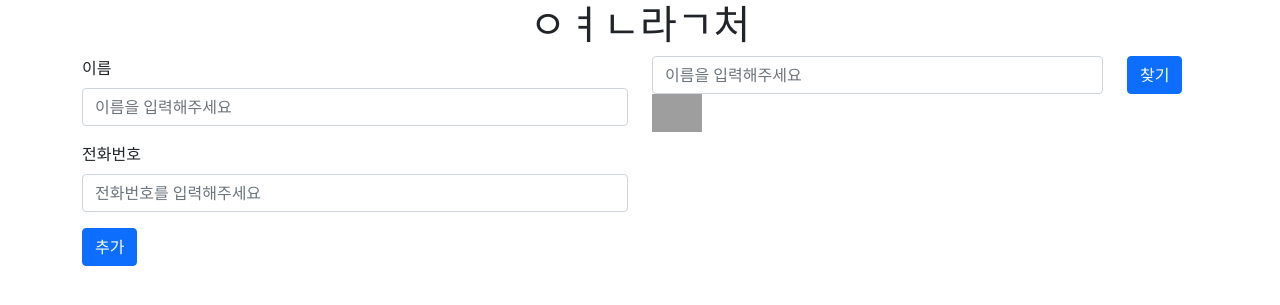
Repository: woojinShim/Noona
Page: / (app in noona-phonebook/)
The author's editor kept a copy of each file at every save. The page is drawn from the files as they stood at one save, then again after the next save.
The browser window is 1280 px wide. The pictures show the whole page.
Pictures or frames that could not be fetched are drawn as grey boxes. The project was rebuilt for these pictures with package versions that can differ from the ones it lists, and the page was loaded fresh each time.

Above is the page before, as saved 2022-06-25 22:40:21.

### noona-phonebook/src/App.js
import "./App.css";
import "bootstrap/dist/css/bootstrap.min.css";
import { ContactForm } from "./components/ContactForm";
import { Container, Row, Col } from "react-bootstrap";
import { ContactList } from "./components/ContactList";

function App() {
  return (
    <div className="App">
      <h1 className="title">ㅇㅕㄴ라ㄱ처</h1>
      <Container>
        <Row>
          <Col>
            <ContactForm />
          </Col>
          <Col>
            <ContactList />
          </Col>
        </Row>
      </Container>
    </div>
  );
}

export default App;

### noona-phonebook/src/components/ContactForm.js
import React from "react";
import { Form, Button } from "react-bootstrap";

export const ContactForm = () => {
  return (
    <div>
      <Form>
        <Form.Group className="mb-3" controlId="formName">
          <Form.Label>이름</Form.Label>
          <Form.Control type="text" placeholder="이름을 입력해주세요" />
        </Form.Group>

        <Form.Group className="mb-3" controlId="formContact">
          <Form.Label>전화번호</Form.Label>
          <Form.Control type="number" placeholder="전화번호를 입력해주세요" />
        </Form.Group>
        <Button variant="primary" type="submit">
          추가
        </Button>
      </Form>
    </div>
  );
};

### noona-phonebook/src/components/ContactList.js
import React from "react";
import { SearchBox } from "./SearchBox";
import { ContactItem } from "./ContactItem";

export const ContactList = () => {
  return (
    <div>
      <SearchBox />
      <ContactItem />
    </div>
  );
};

### noona-phonebook/src/components/SearchBox.js
import React from "react";
import { Form, Row, Col, Button } from "react-bootstrap";

export const SearchBox = () => {
  return (
    <Row>
      <Col lg={10}>
        <Form.Control type="text" placeholder="이름을 입력해주세요" />
      </Col>
      <Col lg={2}>
        <Button>찾기</Button>
      </Col>
    </Row>
  );
};

### noona-phonebook/src/components/ContactItem.js
import React from "react";
import { Form, Row, Col, Button } from "react-bootstrap";

export const ContactItem = () => {
  return (
    <Row>
      <Col>
        <img
          width={50}
          src="https://upload.wikimedia.org/wikipedia/commons/thumb/b/bc/Unknown_person.jpg/925px-Unknown_person.jpg"
        />
      </Col>
      <Col></Col>
    </Row>
  );
};

Loaded but not shown: noona-phonebook/public/index.html (common file); noona-phonebook/src/index.js (common file); noona-phonebook/src/index.css (common file); noona-phonebook/src/reportWebVitals.js (common file); noona-phonebook/src/App.css (common file)

After the next save:
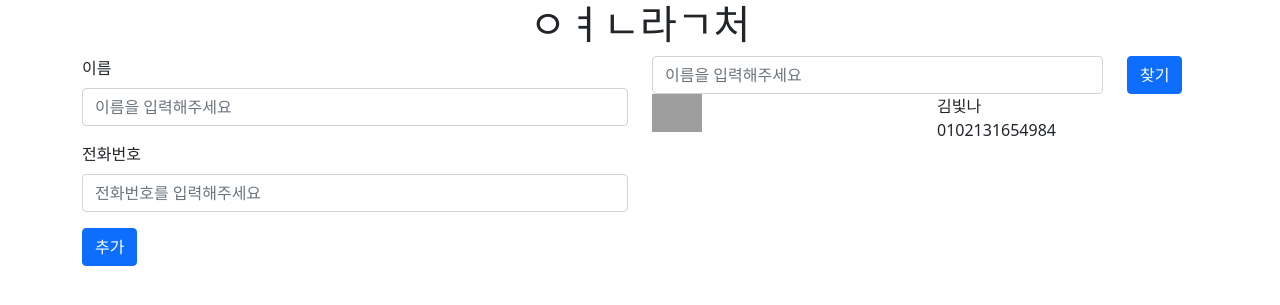
Saved 46 s later.
--- a/noona-phonebook/src/components/ContactItem.js
+++ b/noona-phonebook/src/components/ContactItem.js
@@ -10,7 +10,10 @@ export const ContactItem = () => {
           src="https://upload.wikimedia.org/wikipedia/commons/thumb/b/bc/Unknown_person.jpg/925px-Unknown_person.jpg"
         />
       </Col>
-      <Col></Col>
+      <Col>
+        <div>김빛나</div>
+        <div>0102131654984</div>
+      </Col>
     </Row>
   );
 };
